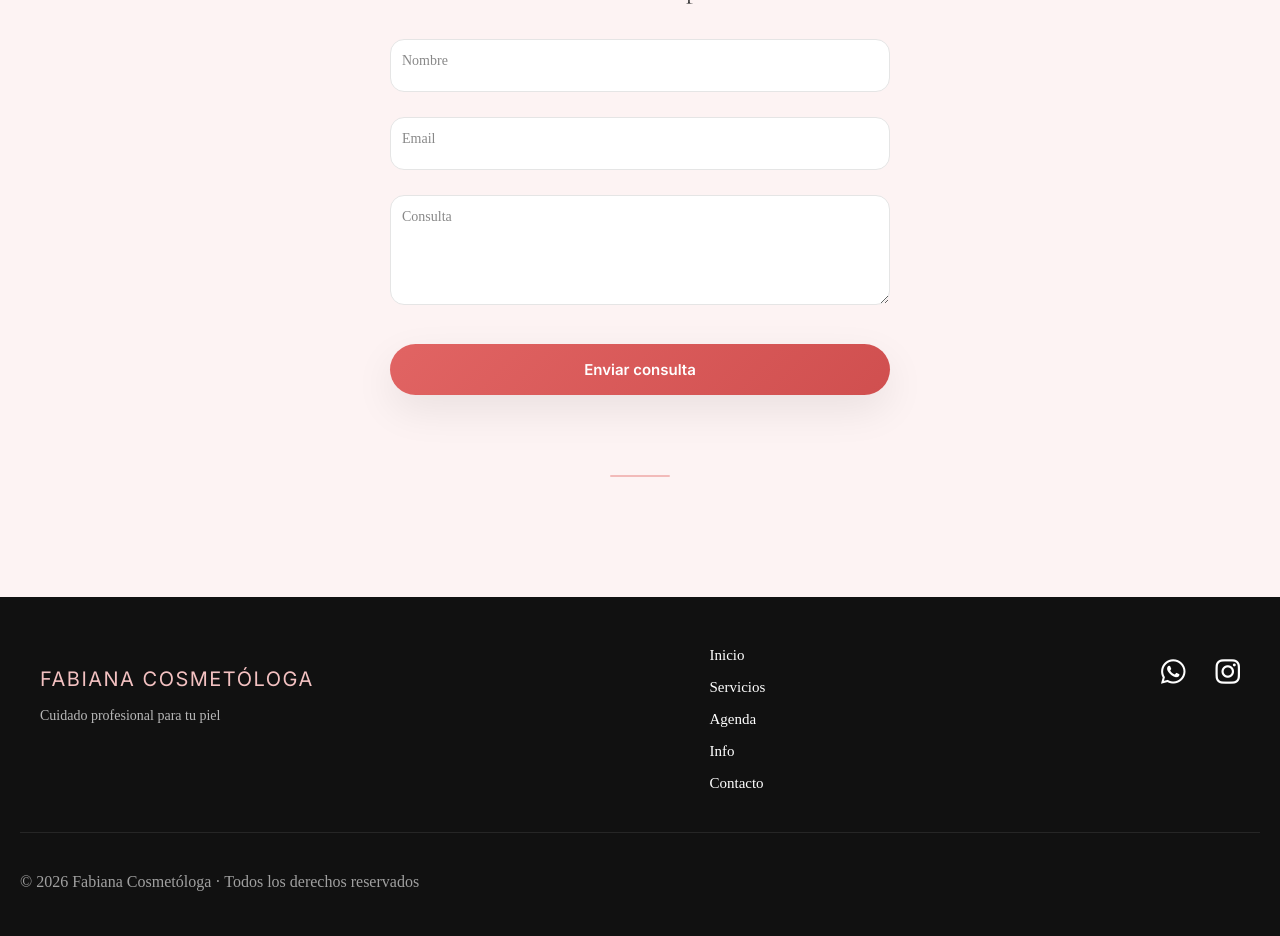
Repository: thiagobal1891-sudo/paginaweb
Page: pages/agenda.html
These files come from the project's save history. The page is drawn as it stood at one moment and after the next save; the edit follows.
The browser window is 1280 px wide. The pictures show the part of the page from y = 1654 to 2606 px (the page is 2590 px tall before and 2606 px after).
Some web fonts or font styles are not loaded; a fallback is used.

Above is the page before, as saved 2026-03-11 19:30:03.
Console error: ReferenceError: emailjs is not defined

After the next save:
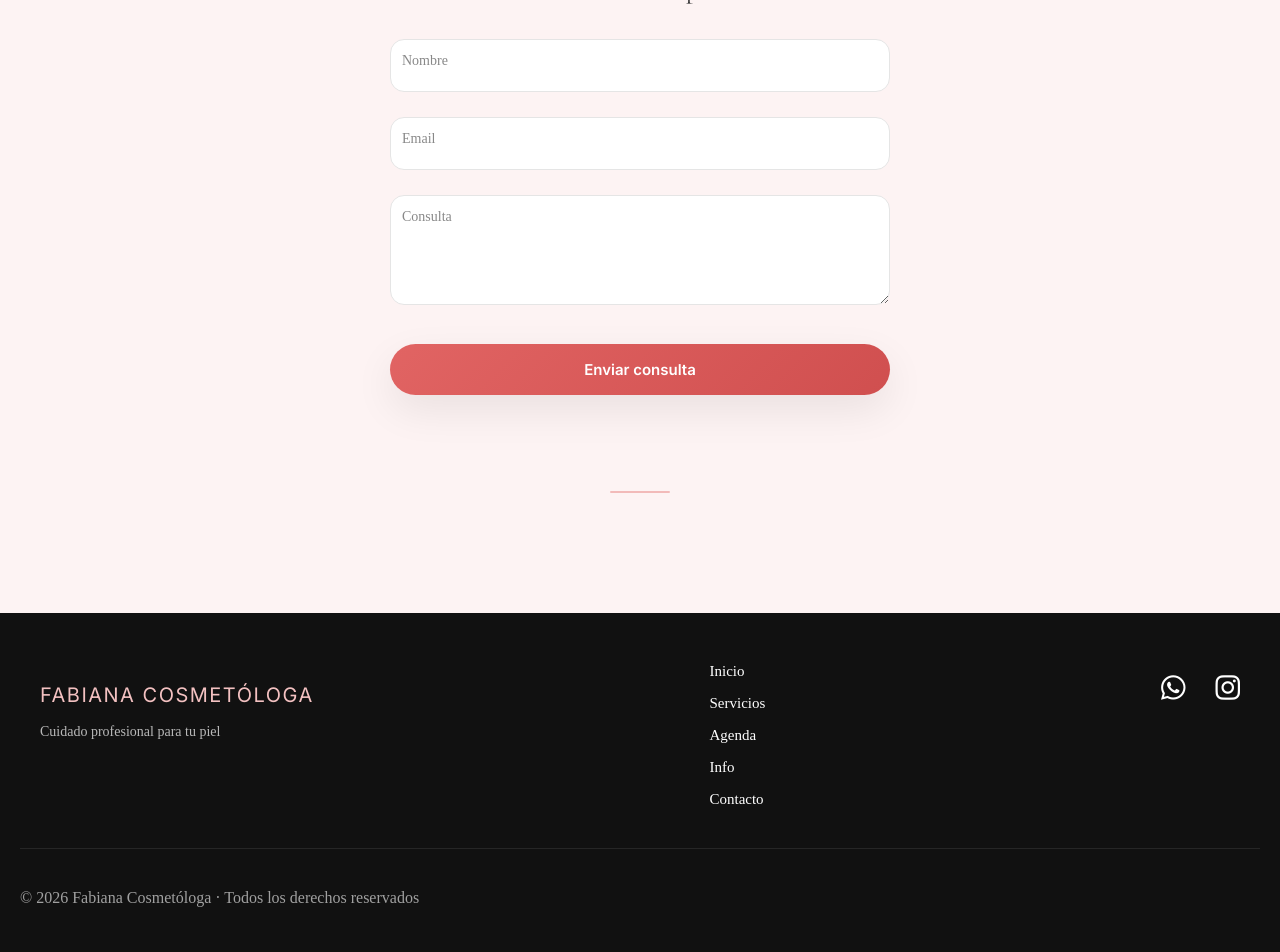
Saved 44 s later.
--- a/pages/agenda.html
+++ b/pages/agenda.html
@@ -90,7 +90,7 @@
 <button type="submit" class="btn-enviar">
 Enviar consulta
 </button>
-
+<p id="mensaje-confirmacion"></p>
 </form>
 
 </div>
